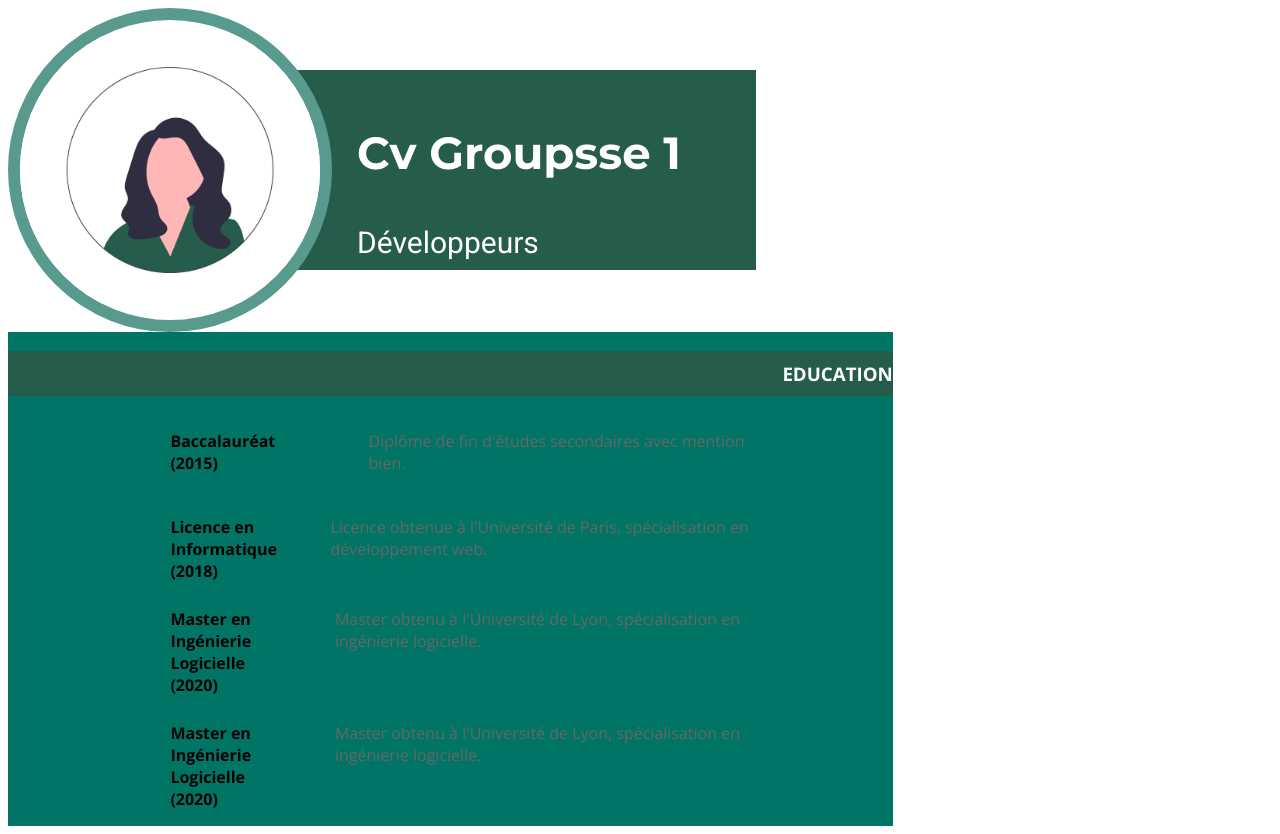
Repository: NdiongueFH/Mon_CV
Page: CV_Groupe1.html
These files come from the project's save history. The page is drawn as it stood at one moment and after the next save; the edit follows.
The browser window is 1280 px wide. The pictures show the whole page.

Above is the page before, as saved 2024-08-03 16:48:39.

After the next save:
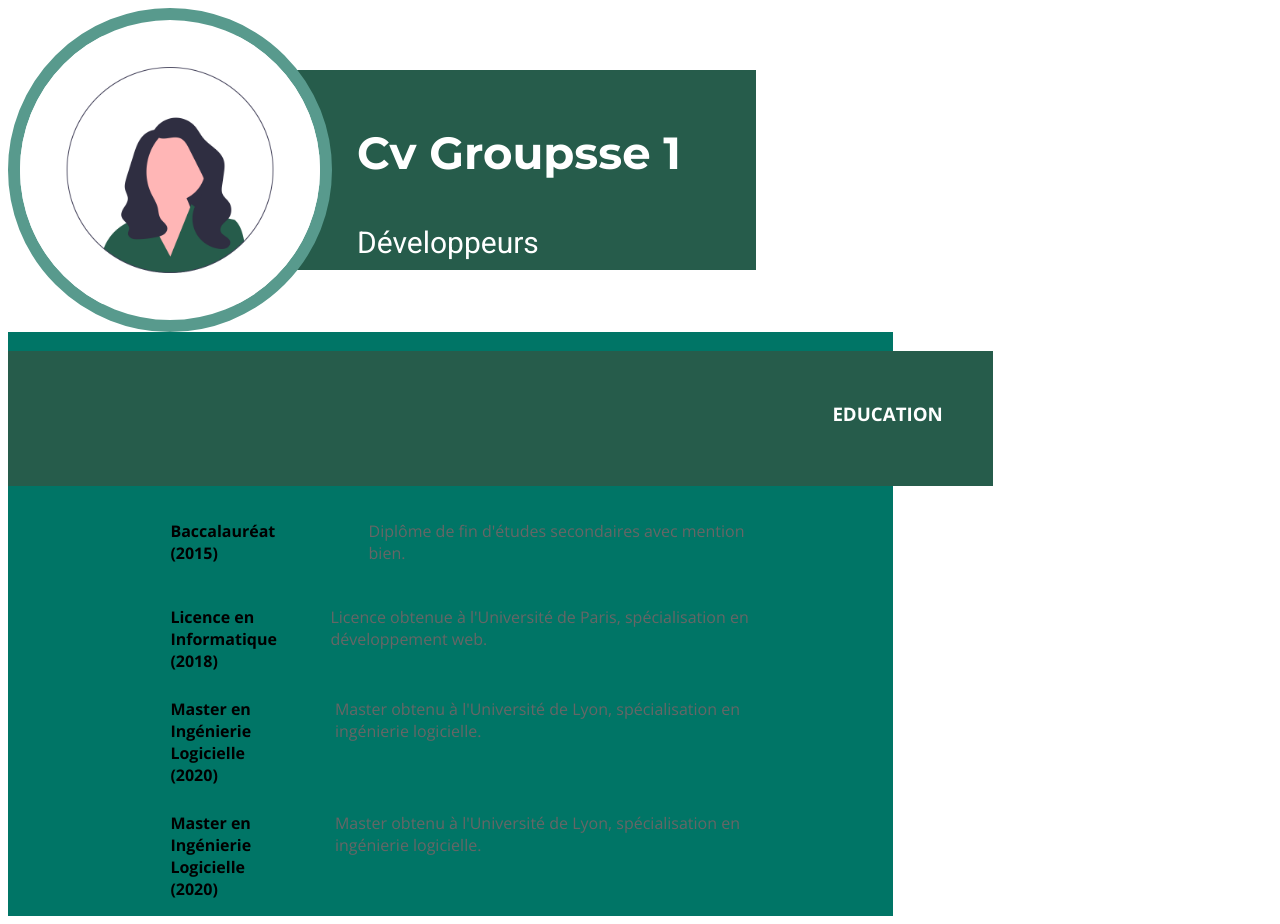
Saved 32 s later.
--- a/CV_Groupe1.css
+++ b/CV_Groupe1.css
@@ -121,7 +121,7 @@ body {
 .h1_titr {
     width: 100%;
     height: 35px;
-    padding: 10px 0px 0 0;
+    padding: 50px;
     background-color: var(--color-backgroundFoncé);
     text-align: right;
     color: var(--color-white);
